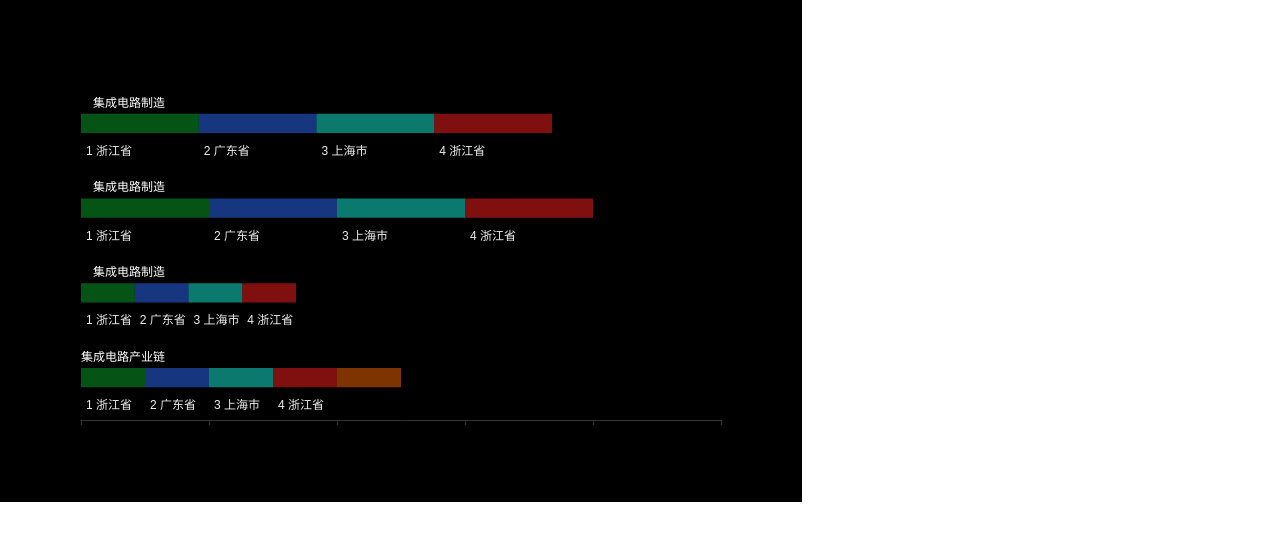
Repository: 572031690/echartproj
Page: /#/test
An editor plug-in stored every save of this project. The page is shown before and after the next save, followed by the edit.
The browser window is 1280 px wide. The pictures show the whole page.
The project was rebuilt for these pictures with package versions that can differ from the ones it lists, and the page was loaded fresh each time. Also part of the build but not shown: vue.config.js, src/components/Seller.vue, src/views/SellerPage.vue, src/utils/theme_utils.js, src/components/Trend.vue, src/views/TrendPage.vue, src/utils/map_utils.js, src/components/Map.vue and 9 more.

Above is the page before, as saved 2021-08-03 11:31:51.

### public/index.html
<!DOCTYPE html>
<html lang="en">
  <head>
    <meta charset="utf-8">
    <meta http-equiv="X-UA-Compatible" content="IE=edge">
    <meta name="viewport" content="width=device-width,initial-scale=1.0">
    <link rel="icon" href="<%= BASE_URL %>favicon.ico">
    <title><%= htmlWebpackPlugin.options.title %></title>
  </head>
  <body>
    <noscript>
      <strong>We're sorry but <%= htmlWebpackPlugin.options.title %> doesn't work properly without JavaScript enabled. Please enable it to continue.</strong>
    </noscript>
    <div id="app"></div>
    <!-- built files will be auto injected -->
    <!-- 一旦通过script标签引入的echarts.js的文件之后呢, window.echarts -->
    <script src="static/lib/echarts.min.js"></script>
    <!-- 引入主题的js文件 -->
    <script src="static/theme/chalk.js"></script>
    <script src="static/theme/vintage.js"></script>
  </body>
</html>

### src/main.js
import Vue from 'vue'
import App from './App.vue'
import router from './router'
import store from './store'
// 引入字体的文件
import './assets/font/iconfont.css'
// 引入全局的样式文件
import './assets/css/global.less'
import axios from 'axios'
import SocketService from './utils/socket_service'

// 调用socket **********
// import SocketService from '@/utils/socket_service'
// 对服务端进行webSocket连接 *********
// SocketService.Instance.connect()
// Vue.prototype.$socket = SocketService.Instance

// 请求基准路径的配置
axios.defaults.baseURL = 'http://127.0.0.1:8888/api/'
// 将axios挂载到Vue的原型对象上
// 在别的组件中 this.$http
Vue.prototype.$http = axios

// 将全局的echarts对象挂载到Vue的原型对象上
// 别的组件中 this.$echarts
Vue.prototype.$echarts = window.echarts

Vue.config.productionTip = false

new Vue({
  router,
  store,
  render: h => h(App)
}).$mount('#app')

### src/App.vue
<template>
  <div id="app">
    <!-- 路由占位符 -->
    <router-view></router-view>
  </div>
</template>

<style lang="less">

</style>

### src/router/index.js
import Vue from 'vue'
import VueRouter from 'vue-router'
import SellerPage from '@/views/SellerPage'
import TrendPage from '@/views/TrendPage'
import MapPage from '@/views/MapPage'
import RankPage from '@/views/RankPage'
import HotPage from '@/views/HotPage'
import StockPage from '@/views/StockPage'
import Test from '../components/Test.vue'
import ScreenPage from '@/views/ScreenPage'

Vue.use(VueRouter)

const routes = [
  {
    path: '/',
    redirect: '/screen'
  },
  {
    path: '/screen',
    component: ScreenPage
  },
  {
    path: '/sellerpage',
    component: SellerPage
  },
  {
    path: '/trendpage',
    component: TrendPage
  },
  {
    path: '/mappage',
    component: MapPage
  },
  {
    path: '/rankpage',
    component: RankPage
  },
  {
    path: '/hotpage',
    component: HotPage
  },
  {
    path: '/stockpage',
    component: StockPage
  },
  {
    path: '/test',
    component: Test
  }

]

const router = new VueRouter({
  routes
})

export default router

### src/store/index.js
import Vue from 'vue'
import Vuex from 'vuex'

Vue.use(Vuex)

export default new Vuex.Store({
  state: {
    theme: 'chalk'
  },
  mutations: {
    changeTheme (state) {
      if(state.theme === 'chalk'){
        state.theme = 'vintage'
      }else{
        state.theme = 'chalk'
      }
    }
  },
  actions: {
  },
  modules: {
  }
})

### src/assets/css/global.less
html, body, #app {
  width: 100%;
  height: 100%;
  padding: 0;
  margin: 0;
  overflow: hidden;
}

.com-page {
  width: 100%;
  height: 100%;
  overflow: hidden;
}

.com-container {
  width: 100%;
  height: 100%;
  overflow: hidden;
  position: relative;
}

.com-chart {
  width: 100%;
  height: 100%;
  overflow: hidden;
}

canvas {
  border-radius: 20px;
}

/*无法选中图片文字方法*/
span,div,img{
  user-select:none;
}

### src/utils/socket_service.js
export default class SocketService {
    // 单例的设计模式
    //如果别人通过get Instance 来的到我的实例对象 那我只会给他返回同一个实例对象
    static instance = null
    static get Instance() {
        if (!this.instance) {
            this.instance = new SocketService()
        }
        return this.instance
    }

    //和服务端连接的socket对象
    ws = null
    //存储回调函数
    callBackMapping = {}
    //定义连接服务器的方法
    connect() {
        //连接服务器
        if (!window.WebSocket) {
            return console.log('你的浏览器不支持WebSocket');
        }
        this.ws = new WebSocket('ws://localhost:9998')

        //连接服务端成功
        this.ws.onopen = () => {
            console.log('连接服务端成功');
        }
        //连接服务端失败
        this.ws.onclose = () => {
            console.log('连接服务端失败');
        }
        //得到服务端发送过来的数据
        this.ws.onmessage = msg => {
            console.log('从服务端获取数据');
            //得到的数据在msg的data里面
            // console.log(msg.data);
            const recvData = JSON.parse(msg.data)
            const socketType = recvData.socketType
            //判断回调函数是否存在
            if(this.callBackMapping[socketType]){
                const action = recvData.action
                if(action === 'getData') {
                    const realData = JSON.parse(recvData.data)
                    this.callBackMapping[socketType]
                }else if( action === 'fullScreen') {

                }else if(action === 'themeChange') {

                }
            }
        }
    }
    //回调函数的注册
    registerCallBack(socketType, callBack) {
        this.callBackMapping[socketType] = callBack
    }
    //取消某一个回调函数
    unRegisterCallBack(socketType) {
        this.callBackMapping[socketType] = null
    }

}

### src/components/Test.vue
<template>
  <div class="line-chart" ref="mybar">
    123
  </div>
</template>

<script>
export default {
  mounted() {
    this.getData()
    this.initChart()
  },
  data() {
    return {
      chartInstance: null,
      seriesData: [100, 120, 140, 90, 90, 80],
      barChart: {
        xAxisData: ['类别1', '类别2', '类别3', '类别4'],
        dataList: []
      },

      chartData1: [
        { rank: 1, name: '浙江省', value: 100 },
        { rank: 1, name: '江苏省', value: 90 },
        { rank: 1, name: '北京市', value: 89 },
        { rank: 1, name: '上海市', value: 85 }
      ],
      chartData2: [
        { rank: 2, name: '上海市', value: 95 },
        { rank: 2, name: '广东省', value: 84 },
        { rank: 2, name: '成都市', value: 82 },
        { rank: 2, name: '湖北省', value: 75 }

      ],
      chartData3: [
        { rank: 3, name: '湖北省', value: 95 },
        { rank: 3, name: '北京市', value: 84 },
        { rank: 3, name: '上海市', value: 52 },
        { rank: 3, name: '浙江省', value: 75 }

      ],
      chartData4: [
        { rank: 4, name: '湖北省', value: 95 },
        { rank: 4, name: '北京市', value: 74 },
        { rank: 4, name: '上海市', value: 82 },
        { rank: 4, name: '浙江省', value: 65 }

      ],
      chartData5: [
        { rank: 5, name: '湖北省', value: 85 },
        { rank: 5, name: '北京市', value: 44 },
        { rank: 5, name: '上海市', value: 72 },
        { rank: 5, name: '浙江省', value: 75 }

      ],
      yAxisData: ['集成电路产业链', '集成电路制造', '集成电路制造', '集成电路制造']
    }
  },
  methods: {
    initChart() {
      const colorArr1 = [
        'rgba(11, 168, 44, 0.5)',
        'rgba(44, 110, 255, 0.5)',
        'rgba(22, 242, 217, 0.5)',
        'rgba(254, 33, 30, 0.5)',
        'rgba(250, 105, 0, 0.5)'
      ]
      const ChartsData = [
        {
          name: '第一列',
          data: this.chartData1
        },
        {
          name: '第一列',
          data: this.chartData2
        },
        {
          name: '第一列',
          data: this.chartData3
        },
        {
          name: '第一列',
          data: this.chartData4
        },
        {
          name: '第一列',
          data: this.chartData5
        }
      ]
      var serises = ChartsData.map((item, index) => {
        console.log(item.data[index])
        return {
          stack: '类1',
          barWidth: '23%', // 宽度
          itemStyle: {
            color: arg => {
              return colorArr1[arg.componentIndex]
            }
          },
          data: [25, 21, 50, 46],
          type: 'bar',
          label: {
            show: true,
            position: [5, 32],
            textStyle: {
              color: '#eee',
              fontSize: 12
            },
            formatter: arg => {
              return arg.seriesIndex + 1 + ' ' + item.data[index].name
            }
          }
        }
      })
      // console.log(serises)
      const chartInstance = this.$echarts.init(this.$refs.mybar)
      const option = {
        grid: [
          {
            top: 80,
            bottom: 81
          }
        ],
        xAxis: [
          {
            type: 'value',
            // gridIndex: 0,
            axisLabel: {
              // 刻度标签文字
              show: false
            },
            splitLine: {
              show: false
              // x轴横线

            },
            axisLine: {
              // 设置轴线
              show: true
            },
            axisTick: {
              show: true // 是否显示坐标轴刻度。
            }
          }
        ],
        yAxis: [
          {
            type: 'category',
            data: this.yAxisData,
            // gridIndex: 0, // x 轴所在的 grid 的索引，默认位于第一个 grid。
            axisLabel: {
              color: '#fff', // 刻度标签文字的颜色
              padding: [0, 0, 40, 0]
            },
            offset: -92,
            axisLine: {
              onZero: false,
              // 设置轴线
              show: false
            },
            axisTick: {
              show: false // 是否显示坐标轴刻度。
            }
          }
        ],
        series: serises
        // series: [
        //   {
        //     name: '111',
        //     rank: 1,
        //     stack: '类1',
        //     barWidth: '30%', // 宽度
        //     itemStyle: {
        //       color: '#3366cc'
        //     },
        //     data: [50, 25, 68, 45],
        //     type: 'bar',
        //     label: {
        //       show: true,
        //       position: [5, 24],
        //       textStyle: {
        //         color: '#eee',
        //         fontSize: 12
        //       },
        //       formatter: arg => {
        //         console.log(arg)
        //         return this.seriesData[arg.dataIndex]
        //       }
        //     }
        //   }
        //   {
        //     label: {
        //       show: true,
        //       position: [5, 24],
        //       textStyle: {
        //         color: '#eee',
        //         fontSize: 12
        //       },
        //       formatter: arg => {
        //         console.log(arg)
        //         return this.seriesData[arg.dataIndex]
        //       }
        //     },
        //     stack: '类1',
        //     xAxisIndex: 0,
        //     barWidth: '30%', // 宽度
        //     itemStyle: {
        //       color: '#33ccff'
        //     },
        //     data: [51, 78, 65, 42],
        //     type: 'bar'
        //   }
        // ]
      }
      chartInstance.setOption(option)
    },
    getData() {
      let sum = 0
      this.seriesData.forEach(item => (sum += item))
      const aver = sum / this.seriesData.length
      // console.log(aver)
      this.barChart.dataList[0] = this.seriesData.map(item => {
        if (item > aver) return item - aver
        else return 0
      })
      this.barChart.dataList[1] = this.seriesData.map(item => {
        if (item > aver) return aver
        else return item
      })
      // console.log(this.barChart.dataList)
    }
  }
}
</script>

<style>
.line-chart {
  width: 800px;
  height: 500px;
  border: 1px solid black;
  background: #000;
}
</style>

### public/static/theme/vintage.js
(function (root, factory) {
    if (typeof define === 'function' && define.amd) {
        // AMD. Register as an anonymous module.
        define(['exports', 'echarts'], factory);
    } else if (typeof exports === 'object' && typeof exports.nodeName !== 'string') {
        // CommonJS
        factory(exports, require('echarts'));
    } else {
        // Browser globals
        factory({}, root.echarts);
    }
}(this, function (exports, echarts) {
    var log = function (msg) {
        if (typeof console !== 'undefined') {
            console && console.error && console.error(msg);
        }
    };
    if (!echarts) {
        log('ECharts is not Loaded');
        return;
    }
    echarts.registerTheme('vintage', {
        "color": [
            '#0ba82c',
            '#2c6eff',
            '#16f2d9',
            '#fe211e',
            '#fa6900',
            "#eedd78",
            "#73a373",
            "#73b9bc",
            "#7289ab",
            "#91ca8c",
            "#f49f42"
        ],
        "backgroundColor": "#ffffff",
        "textStyle": {},
        "title": {
            "textStyle": {
                "color": "#333333"
            },
            "subtextStyle": {
                "color": "#aaa"
            }
        },
        "line": {
            "itemStyle": {
                "normal": {
                    "borderWidth": "4"
                }
            },
            "lineStyle": {
                "normal": {
                    "width": "3"
                }
            },
            "symbolSize": "0",
            "symbol": "circle",
            "smooth": true
        },
        "radar": {
            "itemStyle": {
                "normal": {
                    "borderWidth": 1
                }
            },
            "lineStyle": {
                "normal": {
                    "width": 2
                }
            },
            "symbolSize": 4,
            "symbol": "emptyCircle",
            "smooth": false
        },
        "bar": {
            "itemStyle": {
                "normal": {
                    "barBorderWidth": 0,
                    "barBorderColor": "#ccc"
                },
                "emphasis": {
                    "barBorderWidth": 0,
                    "barBorderColor": "#ccc"
                }
            }
        },
        "pie": {
            "itemStyle": {
                "normal": {
                    "borderWidth": 0,
                    "borderColor": "#ccc"
                },
                "emphasis": {
                    "borderWidth": 0,
                    "borderColor": "#ccc"
                }
            }
        },
        "scatter": {
            "itemStyle": {
                "normal": {
                    "borderWidth": 0,
                    "borderColor": "#ccc"
                },
                "emphasis": {
                    "borderWidth": 0,
                    "borderColor": "#ccc"
                }
            }
        },
        "boxplot": {
            "itemStyle": {
                "normal": {
                    "borderWidth": 0,
                    "borderColor": "#ccc"
                },
                "emphasis": {
                    "borderWidth": 0,
                    "borderColor": "#ccc"
                }
            }
        },
        "parallel": {
            "itemStyle": {
                "normal": {
                    "borderWidth": 0,
                    "borderColor": "#ccc"
                },
                "emphasis": {
                    "borderWidth": 0,
                    "borderColor": "#ccc"
                }
            }
        },
        "sankey": {
            "itemStyle": {
                "normal": {
                    "borderWidth": 0,
                    "borderColor": "#ccc"
                },
                "emphasis": {
                    "borderWidth": 0,
                    "borderColor": "#ccc"
                }
            }
        },
        "funnel": {
            "itemStyle": {
                "normal": {
                    "borderWidth": 0,
                    "borderColor": "#ccc"
                },
                "emphasis": {
                    "borderWidth": 0,
                    "borderColor": "#ccc"
                }
            }
        },
        "gauge": {
            "itemStyle": {
                "normal": {
                    "borderWidth": 0,
                    "borderColor": "#ccc"
                },
                "emphasis": {
                    "borderWidth": 0,
                    "borderColor": "#ccc"
                }
            }
        },
        "candlestick": {
            "itemStyle": {
                "normal": {
                    "color": "#c23531",
                    "color0": "#314656",
                    "borderColor": "#c23531",
                    "borderColor0": "#314656",
                    "borderWidth": 1
                }
            }
        },
        "graph": {
            "itemStyle": {
                "normal": {
                    "borderWidth": 0,
                    "borderColor": "#ccc"
                }
            },
            "lineStyle": {
                "normal": {
                    "width": 1,
                    "color": "#aaa"
                }
            },
            "symbolSize": 4,
            "symbol": "emptyCircle",
            "smooth": false,
            "color": [
                "#d87c7c",
                "#919e8b",
                "#d7ab82",
                "#6e7074",
                "#61a0a8",
                "#efa18d",
                "#787464",
                "#cc7e63",
                "#724e58",
                "#4b565b"
            ],
            "label": {
                "normal": {
                    "textStyle": {
                        "color": "#eee"
                    }
                }
            }
        },
        "map": {
            "itemStyle": {
                "normal": {
                    "areaColor": "#eeeeee",
                    "borderColor": "#444444",
                    "borderWidth": 0.5
                },
                "emphasis": {
                    "areaColor": "rgba(255,215,0,0.8)",
                    "borderColor": "#444444",
                    "borderWidth": 1
                }
            },
            "label": {
                "normal": {
                    "textStyle": {
                        "color": "#000000"
                    }
                },
                "emphasis": {
                    "textStyle": {
                        "color": "rgb(100,0,0)"
                    }
                }
            }
        },
        "geo": {
            "itemStyle": {
                "normal": {
                    "areaColor": "#eeeeee",
                    "borderColor": "#444444",
                    "borderWidth": 0.5
                },
                "emphasis": {
                    "areaColor": "rgba(255,215,0,0.8)",
                    "borderColor": "#444444",
                    "borderWidth": 1
                }
            },
            "label": {
                "normal": {
                    "textStyle": {
                        "color": "#000000"
                    }
                },
                "emphasis": {
                    "textStyle": {
                        "color": "rgb(100,0,0)"
                    }
                }
            }
        },
        "categoryAxis": {
            "axisLine": {
                "show": true,
                "lineStyle": {
                    "color": "#333"
                }
            },
            "axisTick": {
                "show": true,
                "lineStyle": {
                    "color": "#333"
                }
            },
            "axisLabel": {
                "show": true,
                "textStyle": {
                    "color": "#999"
                }
            },
            "splitLine": {
                "show": false,
                "lineStyle": {
                    "color": [
                        "#ccc"
                    ]
                }
            },
            "splitArea": {
                "show": false,
                "areaStyle": {
                    "color": [
                        "rgba(250,250,250,0.3)",
                        "rgba(200,200,200,0.3)"
                    ]
                }
            }
        },
        "valueAxis": {
            "axisLine": {
                "show": true,
                "lineStyle": {
                    "color": "#666666"
                }
            },
            "axisTick": {
                "show": false,
                "lineStyle": {
                    "color": "#333"
                }
            },
            "axisLabel": {
                "show": true,
                "textStyle": {
                    "color": "#aaaaaa"
                }
            },
            "splitLine": {
                "show": false,
                "lineStyle": {
                    "color": [
                        "#e6e6e6"
                    ]
                }
            },
            "splitArea": {
                "show": false,
                "areaStyle": {
                    "color": [
                        "rgba(250,250,250,0.05)",
                        "rgba(200,200,200,0.02)"
                    ]
                }
            }
        },
        "logAxis": {
            "axisLine": {
                "show": true,
                "lineStyle": {
                    "color": "#333"
                }
            },
            "axisTick": {
                "show": true,
                "lineStyle": {
                    "color": "#333"
                }
            },
            "axisLabel": {
                "show": true,
                "textStyle": {
                    "color": "#333"
                }
            },
            "splitLine": {
                "show": true,
                "lineStyle": {
                    "color": [
                        "#ccc"
                    ]
                }
            },
            "splitArea": {
                "show": false,
                "areaStyle": {
                    "color": [
                        "rgba(250,250,250,0.3)",
                        "rgba(200,200,200,0.3)"
                    ]
                }
            }
        },
        "timeAxis": {
            "axisLine": {
                "show": true,
                "lineStyle": {
                    "color": "#333"
                }
            },
            "axisTick": {
                "show": true,
                "lineStyle": {
                    "color": "#333"
                }
            },
            "axisLabel": {
                "show": true,
                "textStyle": {
                    "color": "#333"
                }
            },
            "splitLine": {
                "show": true,
                "lineStyle": {
                    "color": [
                        "#ccc"
                    ]
                }
            },
            "splitArea": {
                "show": false,
                "areaStyle": {
                    "color": [
                        "rgba(250,250,250,0.3)",
                        "rgba(200,200,200,0.3)"
                    ]
                }
            }
        },
        "toolbox": {
            "iconStyle": {
                "normal": {
                    "borderColor": "#999999"
                },
                "emphasis": {
                    "borderColor": "#666666"
                }
            }
        },
        "legend": {
            "textStyle": {
                "color": "#333333"
            }
        },
        "tooltip": {
            "axisPointer": {
                "lineStyle": {
                    "color": "#cccccc",
                    "width": 1
                },
                "crossStyle": {
                    "color": "#cccccc",
                    "width": 1
                }
            }
        },
        "timeline": {
            "lineStyle": {
                "color": "#293c55",
                "width": 1
            },
            "itemStyle": {
                "normal": {
                    "color": "#293c55",
                    "borderWidth": 1
                },
                "emphasis": {
                    "color": "#a9334c"
                }
            },
            "controlStyle": {
                "normal": {
                    "color": "#293c55",
                    "borderColor": "#293c55",
                    "borderWidth": 0.5
                },
                "emphasis": {
                    "color": "#293c55",
                    "borderColor": "#293c55",
                    "borderWidth": 0.5
                }
            },
            "checkpointStyle": {
                "color": "#e43c59",
                "borderColor": "rgba(194,53,49,0.5)"
            },
            "label": {
                "normal": {
                    "textStyle": {
                        "color": "#293c55"
                    }
                },
                "emphasis": {
                    "textStyle": {
                        "color": "#293c55"
                    }
                }
            }
        },
        "visualMap": {
            "color": [
                "#bf444c",
                "#d88273",
                "#f6efa6"
            ]
        },
        "dataZoom": {
            "backgroundColor": "rgba(47,69,84,0)",
            "dataBackgroundColor": "rgba(47,69,84,0.3)",
            "fillerColor": "rgba(167,183,204,0.4)",
            "handleColor": "#a7b7cc",
            "handleSize": "100%",
            "textStyle": {
                "color": "#333333"
            }
        },
        "markPoint": {
            "label": {
                "normal": {
                    "textStyle": {
                        "color": "#eee"
                    }
                },
                "emphasis": {
                    "textStyle": {
                        "color": "#eee"
                    }
                }
            }
        }
    });
}));

Loaded but not shown: src/assets/font/iconfont.css (common file); public/static/lib/echarts.min.js (library); public/static/theme/chalk.js (521 lines, source omitted)

After the next save:
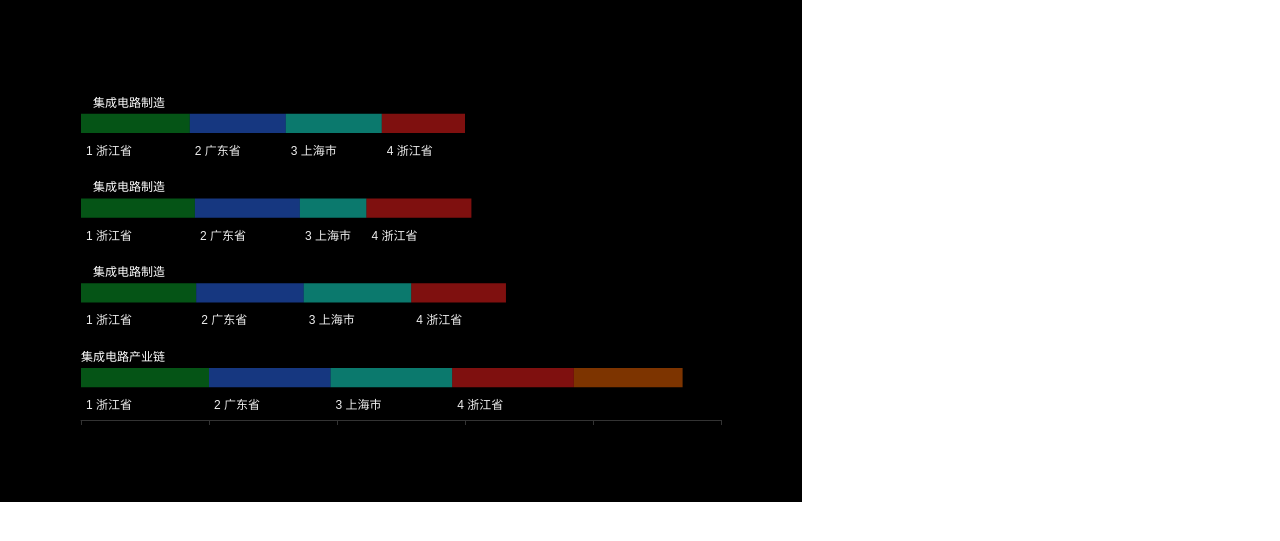
Saved 2 min 57 s later.
--- a/src/components/Test.vue
+++ b/src/components/Test.vue
@@ -97,7 +97,7 @@ export default {
               return colorArr1[arg.componentIndex]
             }
           },
-          data: [25, 21, 50, 46],
+          data: [item.data[0].value, item.data[1].value, item.data[2].value, item.data[3].value],
           type: 'bar',
           label: {
             show: true,
